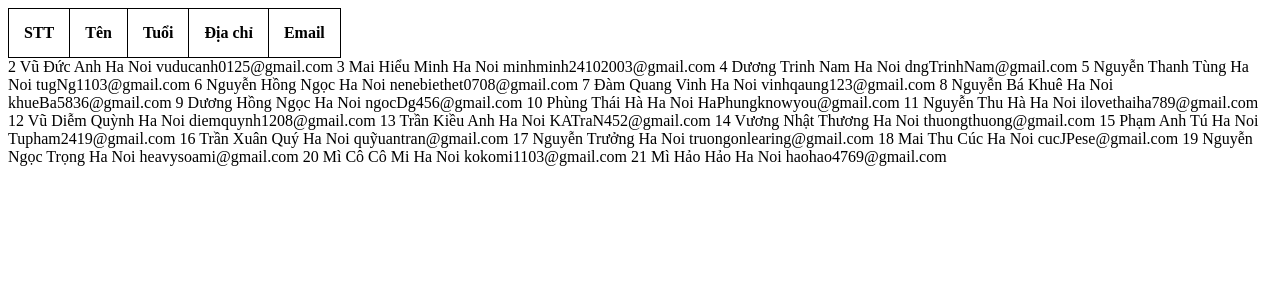
Repository: AnhDuc0125/HTML-Aptech
Page: bt2568/index.html
The author's editor kept a copy of each file at every save. The page is drawn from the files as they stood at one save, then again after the next save.
The browser window is 1280 px wide. The pictures show the whole page.

Above is the page before, as saved 2021-11-26 20:45:43.

### bt2568/index.html
<!DOCTYPE html>
<html lang="en">
<head>
    <meta charset="UTF-8">
    <meta http-equiv="X-UA-Compatible" content="IE=edge">
    <meta name="viewport" content="width=device-width, initial-scale=1.0">
    <title>Document</title>
    <style>
        table, th ,td {
            border: 1px solid black;
        }
        table {
            border-collapse: collapse;

        }
    </style>
</head>
<body>
    <table cellpadding="15">
        <tr>
            <th>STT</th>
            <th>Tên</th>
            <th>Tuổi</th>
            <th>Địa chỉ</th>
            <th>Email</th>
        </tr>
    </table>

    <script>
        var stdList = [
            {
                "name" : "Vũ Đức Anh",
                "age" : "18",
                "address" : "Ha Noi",
                "email" : "vuducanh0125@gmail.com"
            },
            {
                "name" : "Mai Hiểu Minh",
                "age" : "18",
                "address" : "Ha Noi",
                "email" : "minhminh24102003@gmail.com"
            },
            {
                "name" : "Dương Trinh Nam",
                "age" : "18",
                "address" : "Ha Noi",
                "email" : "dngTrinhNam@gmail.com"
            },
            {
                "name" : "Nguyễn Thanh Tùng",
                "age" : "18",
                "address" : "Ha Noi",
                "email" : "tugNg1103@gmail.com"
            },
            {
                "name" : "Nguyễn Hồng Ngọc",
                "age" : "18",
                "address" : "Ha Noi",
                "email" : "nenebiethet0708@gmail.com"
            },
            {
                "name" : "Đàm Quang Vinh",
                "age" : "18",
                "address" : "Ha Noi",
                "email" : "vinhqaung123@gmail.com"
            },
            {
                "name" : "Nguyễn Bá Khuê",
                "age" : "18",
                "address" : "Ha Noi",
                "email" : "khueBa5836@gmail.com"
            },
            {
                "name" : "Dương Hồng Ngọc",
                "age" : "18",
                "address" : "Ha Noi",
                "email" : "ngocDg456@gmail.com"
            },
            {
                "name" : "Phùng Thái Hà",
                "age" : "18",
                "address" : "Ha Noi",
                "email" : "HaPhungknowyou@gmail.com"
            },
            {
                "name" : "Nguyễn Thu Hà",
                "age" : "18",
                "address" : "Ha Noi",
                "email" : "ilovethaiha789@gmail.com"
            },
            {
                "name" : "Vũ Diễm Quỳnh",
                "age" : "16",
                "address" : "Ha Noi",
                "email" : "diemquynh1208@gmail.com"
            },
            {
                "name" : "Trần Kiều Anh",
                "age" : "18",
                "address" : "Ha Noi",
                "email" : "KATraN452@gmail.com"
            },
            {
                "name" : "Vương Nhật Thương",
                "age" : "18",
                "address" : "Ha Noi",
                "email" : "thuongthuong@gmail.com"
            },
            {
                "name" : "Phạm Anh Tú",
                "age" : "18",
                "address" : "Ha Noi",
                "email" : "Tupham2419@gmail.com"
            },
            {
                "name" : "Trần Xuân Quý",
                "age" : "18",
                "address" : "Ha Noi",
                "email" : "quỹuantran@gmail.com"
            },
            {
                "name" : "Nguyễn Trưởng",
                "age" : "18",
                "address" : "Ha Noi",
                "email" : "truongonlearing@gmail.com"
            },
            {
                "name" : "Mai Thu Cúc",
                "age" : "18",
                "address" : "Ha Noi",
                "email" : "cucJPese@gmail.com"
            },
            {
                "name" : "Nguyễn Ngọc Trọng",
                "age" : "18",
                "address" : "Ha Noi",
                "email" : "heavysoami@gmail.com"
            },
            {
                "name" : "Mì Cô Cô Mi",
                "age" : "18",
                "address" : "Ha Noi",
                "email" : "kokomi1103@gmail.com"
            },
            {
                "name" : "Mì Hảo Hảo",
                "age" : "18",
                "address" : "Ha Noi",
                "email" : "haohao4769@gmail.com"
            },
        ];

        var index = 1;
        for(std of stdList) {
            // document.write(`<tr>
            //                 <td>${index++}</td>
            //                 <td>${std.name}</td>
            //                 <td>${std.age}</td>
            //                 <td>${std.address}</td>
            //                 <td>${std.email}</td>
            //             `)
            document.write(`<tr>
				<td>${++index}</td>
				<td>${std.name}</td>
				<td>${std.address}</td>
				<td>${std.email}</td>
			</tr>`)
        }
    </script>
</body>
</html>

After the next save:
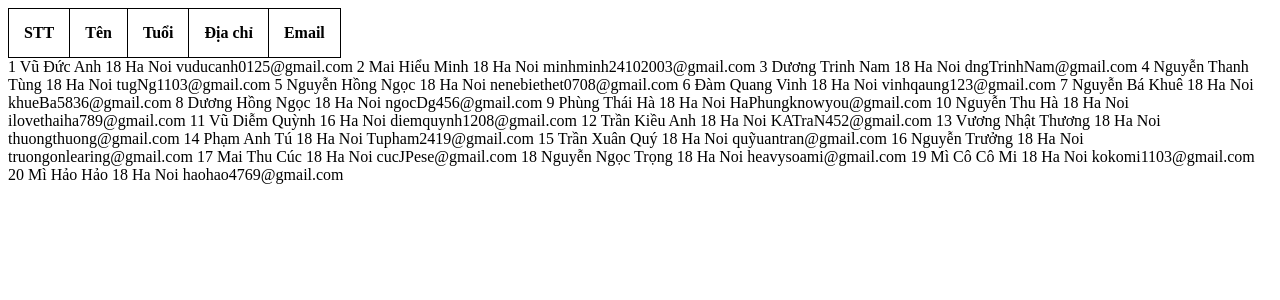
Saved 82 s later.
--- a/bt2568/index.html
+++ b/bt2568/index.html
@@ -152,19 +152,13 @@
 
         var index = 1;
         for(std of stdList) {
-            // document.write(`<tr>
-            //                 <td>${index++}</td>
-            //                 <td>${std.name}</td>
-            //                 <td>${std.age}</td>
-            //                 <td>${std.address}</td>
-            //                 <td>${std.email}</td>
-            //             `)
             document.write(`<tr>
-				<td>${++index}</td>
-				<td>${std.name}</td>
-				<td>${std.address}</td>
-				<td>${std.email}</td>
-			</tr>`)
+                            <td>${index++}</td>
+                            <td>${std.name}</td>
+                            <td>${std.age}</td>
+                            <td>${std.address}</td>
+                            <td>${std.email}</td>
+                            </tr>`)
         }
     </script>
 </body>
